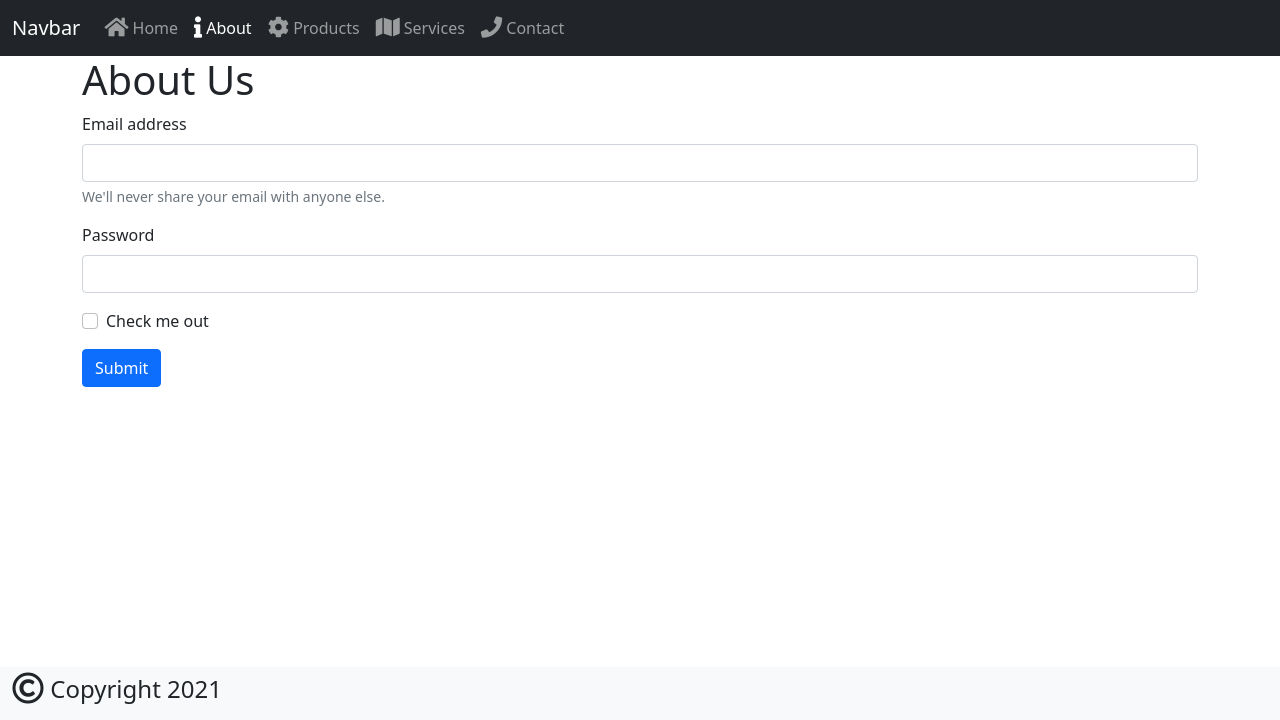
Repository: evanpalmer002/WEBD6201-ICE4
Page: about.html
An editor plug-in stored every save of this project. The page is shown before and after the next save, followed by the edit.
The browser window is 1280 px wide. The pictures show the whole page.

Above is the page before, as saved 2021-01-20 16:25:01.

After the next save:
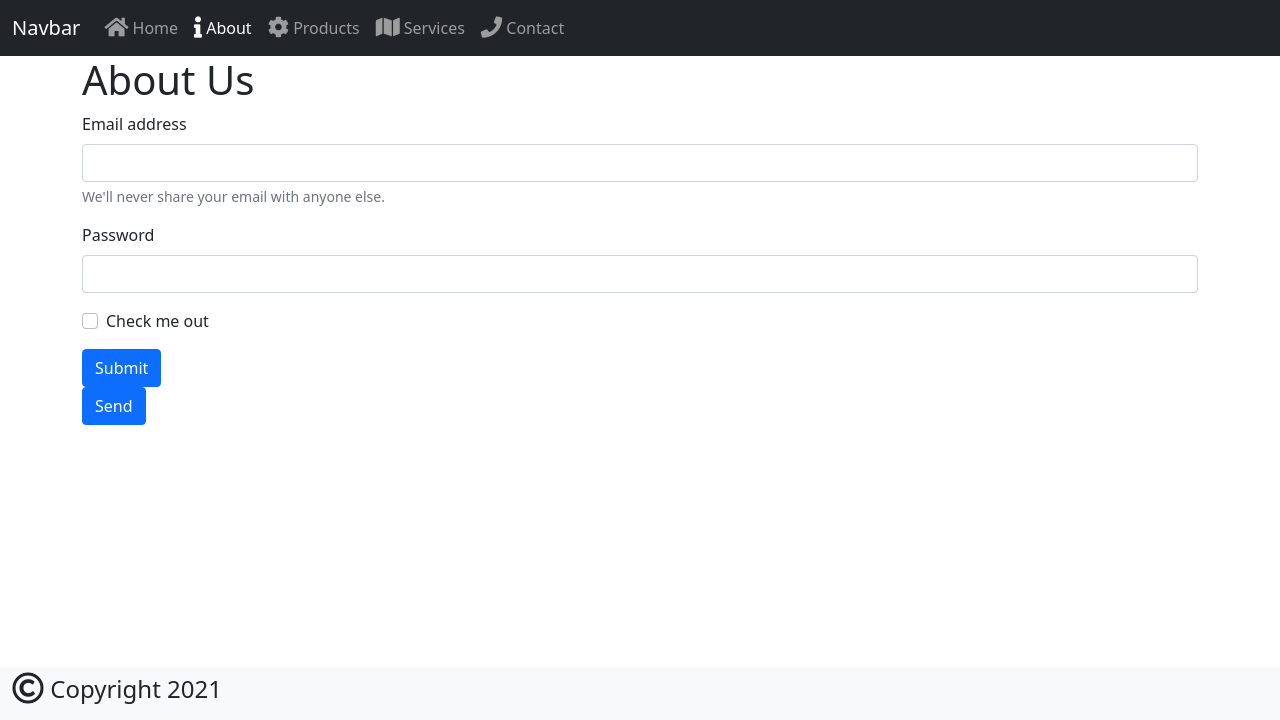
Saved 61 s later.
--- a/about.html
+++ b/about.html
@@ -67,6 +67,8 @@
           </div>
           <button type="submit" class="btn btn-primary">Submit</button>
         </form>
+
+        <button type="submit" class="btn btn-primary">Send</button>
     </main>
 
     <footer>
